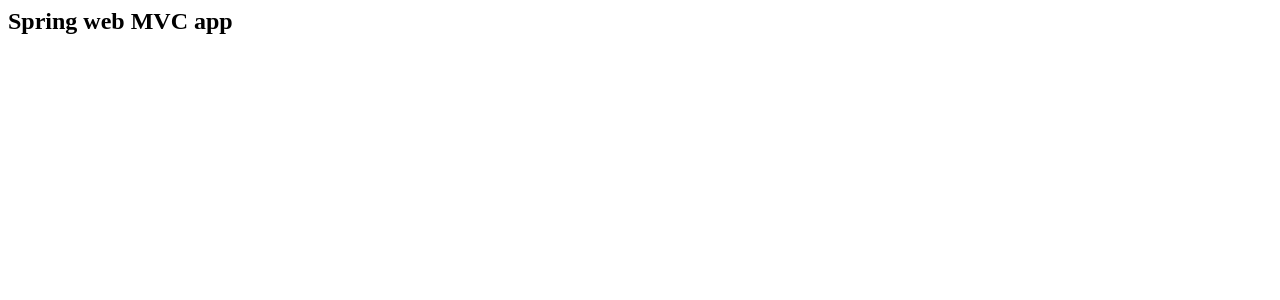
Repository: bharatiba/spring-training
Page: http://localhost/spring-web/
The author's editor kept a copy of each file at every save. The page is drawn from the files as they stood at one save, then again after the next save.
The browser window is 1280 px wide. The pictures show the whole page.
The page is served by Tomcat 9.

Above is the page before, as saved 2022-03-01 10:34:25.

After the next save:
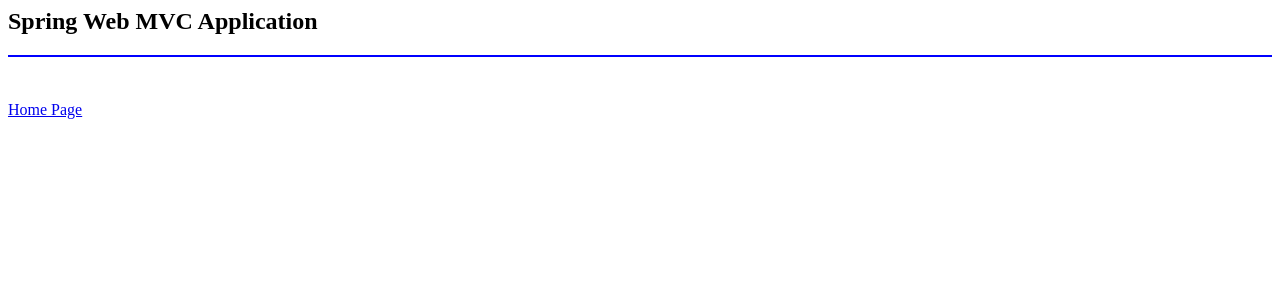
Saved 102 s later.
--- a/spring-web/src/main/webapp/index.jsp
+++ b/spring-web/src/main/webapp/index.jsp
@@ -1,5 +1,5 @@
-<html>
-<body>
-<h2>Spring web MVC app</h2>
-</body>
-</html>
+<h2>Spring Web MVC Application</h2>
+<hr color="blue">
+<br><br>
+<a href="myHome">Home Page</a>
+<br><br>
